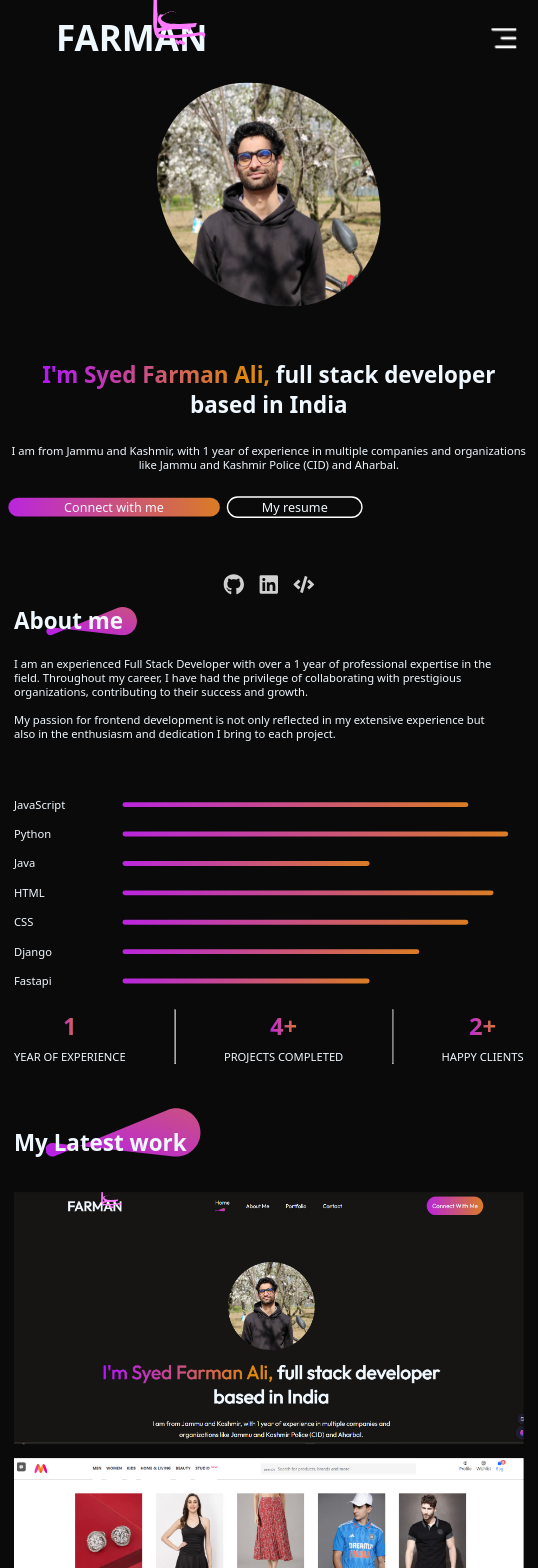
Repository: FARMAN9/portfolio_React
Page: /
An editor plug-in stored every save of this project. The page is shown before and after a run of saves, followed by the edit.
The browser window is 768 px wide. The pictures show the part of the page from y = 0 to 2240 px (the page is 6498 px tall), at 70% of full size.
The project was rebuilt for these pictures with package versions that can differ from the ones it lists, and the page was loaded fresh each time. Also part of the build but not shown: vite.config.js.

Above is the page before, as saved 2024-12-06 18:44:20.

### index.html
<!DOCTYPE html>
<html lang="en">
  <head>
    <meta charset="UTF-8" />
    <link rel="icon" href="\src\assets\farman.png" />
    <meta name="viewport" content="width=device-width, initial-scale=1.0" />
    <title>Portfoilo</title>
    <link rel="preconnect" href="https://fonts.googleapis.com" />
    <link rel="preconnect" href="https://fonts.gstatic.com" crossorigin />
    <link
      href="https://fonts.googleapis.com/css2?family=Outfit&display=swap"
      rel="stylesheet" />
  </head>
  <body>
    <div id="root"></div>

    <script type="module" src="/src/main.jsx"></script>
  </body>
</html>

### src/App.jsx

import NavBar from './Components/Navbar/NavBar'
import Hero from './Components/Hero/Hero'
import About from './Components/About/About'
import MyWork from './Components/MyWork/MyWork'
import Contact from './Components/Contact/Contact'
import Footer from './Components/Footer/Footer'
import React from 'react';

function App() {


  return (
  <>

  <NavBar/>
  <Hero/>
  <About/>
  <MyWork/>
  <Contact/>
  <Footer/>

  </>
  )
}

export default App

### src/index.css

*{
  margin: 0;
  padding: 0;

}
body{
  height: 100vh;

  background: #0a0a0a;
  color: aliceblue;
  font-family: system-ui, -apple-system, BlinkMacSystemFont, 'Segoe UI', Roboto, Oxygen, Ubuntu, Cantarell, 'Open Sans', 'Helvetica Neue', sans-serif;


}

### src/Components/Navbar/NavBar.jsx
import React, { useRef, useState,useEffect } from 'react';
import './Navbar.css';
import ali from '../../assets/ali.png'
import backgound from '../../assets/nav_underline.svg'
import AnchorLink from 'react-anchor-link-smooth-scroll'
import menu_open from '../../assets/menu_open.svg'
import menu_close from '../../assets/menu_close.svg'



function NavBar() {



  const [menu,setMenu]=useState('home')
  const menuRef =useRef();
  const openMenu=()=>{
    menuRef.current.style.right='0'
  }
  const closeMenu=()=>{
    menuRef.current.style.right='-350px'
  }
  return (
    <nav className='navbar'>
      <div className='logo'>
      <AnchorLink className='anchor-link' href='#home'>
      <h1>FARMAN</h1>
      <img src={ali} alt="" />
      </AnchorLink>
      </div>
      <img src={menu_open}  onClick={openMenu} alt="" className='nav-mob-open' />

            <ul ref={menuRef} className='nav-menu'>
            <img src={menu_close} alt="" className='nav-mob-close' onClick={closeMenu}/>
             <li> <AnchorLink className='anchor-link' href='#home'><p onClick={()=>setMenu('home')}>Home</p> </AnchorLink>{menu ==='home' ? <img src ={backgound} alt=''/>:<></> }</li>
             <li><AnchorLink className='anchor-link' offset={50} href='#about'><p onClick={()=>setMenu('about')}>About Me</p></AnchorLink>{menu ==='about' ? <img src ={backgound} alt=''/>:<></> }</li>
             <li><AnchorLink className='anchor-link' offset={50} href='#work'><p onClick={()=>setMenu('work')}>Portfolio</p></AnchorLink>{menu ==='work' ? <img src ={backgound} alt=''/>:<></> }</li>
             <li><AnchorLink className='anchor-link' offset={50} href='#contact'><p onClick={()=>setMenu('contact')}>Contact</p></AnchorLink>{menu ==='contact' ? <img src ={backgound} alt=''/>:<></> }</li>
            </ul>
            <div className="nav-connect"><AnchorLink className='anchor-link' offset={50} href='#contact'>Connect With Me</AnchorLink></div>

    </nav>
  )
}

export default NavBar

### src/Components/Hero/Hero.jsx
import "./Hero.css";
import profile from "../../assets/profile.jpg";
import AnchorLink from "react-anchor-link-smooth-scroll";
import { FaGithub, FaLinkedin, FaCode } from "react-icons/fa";
import React, { useRef, useEffect } from "react";
import gsap from "gsap";
import { ScrollTrigger } from "gsap/ScrollTrigger";

// Register ScrollTrigger plugin
gsap.registerPlugin(ScrollTrigger);

function Hero() {
  return (
    <div id="home" className="hero">
      <img
        // Reference for the image
        src={profile}
        alt="profile"
      />

      <h1>
        <span className="myname">I'm Syed Farman Ali,</span> full stack
        developer based in India
      </h1>
      <p>
        I am from Jammu and Kashmir, with 1 year of experience in multiple
        companies and organizations like Jammu and Kashmir Police (CID) and
        Aharbal.
      </p>
      <div className="hero-action">
        <div className="hero-connect">
          <AnchorLink className="anchor-link" offset={50} href="#contact">
            Connect with me
          </AnchorLink>
        </div>
        <a
          className="hero-resume"
          href="https://rxresu.me/farman9/python-django-developer">
          My resume
        </a>
      </div>
      <div className="hero-socials">
        <a
          href="https://github.com/farman9"
          target="_blank"
          rel="noopener noreferrer">
          <FaGithub size={30} />
        </a>
        <a
          href="https://www.linkedin.com/in/farman9"
          target="_blank"
          rel="noopener noreferrer">
          <FaLinkedin size={30} />
        </a>
        <a
          href="https://leetcode.com/u/saeedfarman9/"
          target="_blank"
          rel="noopener noreferrer">
          <FaCode size={30} />
        </a>
      </div>
    </div>
  );
}

export default Hero;

### src/Components/About/About.jsx
import React from 'react'
import'./About.css'
import bac from '../../assets/bac.svg'
import profile from '../../assets/profile.jpg'


function About() {
  const skills = [
    { name: 'JavaScript', value: 70 },
    { name: 'Python', value: 80 },
    { name: 'Java', value: 50 },
    { name: 'HTML', value: 75 },
    { name: 'CSS', value: 70 },
    { name: 'Django', value: 60 },
    { name: 'Fastapi', value: 50 },

  ];

  return (
    <div id='about' className='about'>

        <div className="about-title">
            <h1>About me</h1>
            <img src={bac} alt="" />
        </div>
        <div className="about-sections">
        <div className="about-left">
        <img src={profile} alt="" />
       </div>
       <div className="about-right">
       <div className="about-para">
        <p>I am an experienced Full Stack Developer with over a 1 year of professional expertise in the field. Throughout my career, I have had the privilege of collaborating with prestigious organizations, contributing to their success and growth.</p>
        <p>My passion for frontend development is not only reflected in my extensive experience but also in the enthusiasm and dedication I bring to each project.</p>
       </div>
       <div className="about-skills">
        {
            skills.map((skill)=><div className="about-skill" key={skill.name}><p>{skill.name}</p><hr style={{width:`${skill.value}%`}} /></div>)
        }

      </div>
        </div>
        </div>
        <div className="about-achievements">
<div className="about-achievement">
<h1>1</h1>
<p>YEAR OF EXPERIENCE</p>
</div>
<hr />
<div className="about-achievement">
<h1>4+</h1>
<p>PROJECTS COMPLETED</p>
</div>
<hr />
<div className="about-achievement">
<h1>2+</h1>
<p>HAPPY CLIENTS</p>
</div>
</div>
    </div>
  )
}

export default About

### src/Components/MyWork/MyWork.jsx
import React, { useImperativeHandle } from "react";
import "./MyWork.css";
import bac from "../../assets/bac.svg";
import soon from "../../assets/coming_soon.gif";
import port_react from "../../assets/projects/portfilo_react.png";
import myntra from "../../assets/projects/mytra.png";
import youtube from "../../assets/projects/yt.png";
import djano_port from "../../assets/projects/django_port.png";
import dpt from "../../assets/projects/dpt.png";
import nws from "../../assets/projects/news.png";
import citycabs from "../../assets/projects/citycabs.png";

function MyWork() {
  const mywork_data = [
    {
      w_no: 1,
      w_name: "portfolio_React",
      w_img: port_react,
      link: "https://github.com/FARMAN9/portfolio_React",
    },
    {
      w_no: 2,
      w_name: "mytra",
      w_img: myntra,
      link: "https://github.com/FARMAN9/myntra-clone-",
    },
    {
      w_no: 3,
      w_name: "youtube",
      w_img: youtube,
      link: "https://github.com/FARMAN9/youtube-clone",
    },
    {
      w_no: 4,
      w_name: "portfoilo_django",
      w_img: djano_port,
      link: "https://github.com/FARMAN9/portfoilo_django",
    },
    {
      w_no: 5,
      w_name: "DPS",
      w_img: dpt,
      link: "https://github.com/FARMAN9/Diabetes-prediction",
    },
    {
      w_no: 6,
      w_name: "oldNews_paper ",
      w_img: nws,
      link: "https://oldnews-paper.vercel.app/",
    },
    {
      w_no: 7,
      w_name: "citycabs",
      w_img: citycabs,
      link: "https://www.citycabs.live/",
    },
    {
      w_no: 8,
      w_name: "soon",
      w_img: soon,
      link: "/",
    },
  ];
  return (
    <div id="work" className="mywork">
      <div className="mywork-title">
        <h1>My Latest work</h1>
        <img src={bac} alt="" />
      </div>

      <div className="mywork-container">
        {mywork_data.map((data, index) => {
          return (
            <div key={index}>
              <p
                className="name"
                style={{ fontSize: "1rem", color: "#333", zIndex: 12 }}>
                {data.name}
              </p>
              <a href={data.link}>
                <img src={data.w_img} alt="" />
              </a>
            </div>
          );
        })}
      </div>
    </div>
  );
}

export default MyWork;

### src/Components/Contact/Contact.jsx
import React from 'react'
import './Contact.css'
import bac from '../../assets/bac.svg'
import call from '../../assets/call.svg'
import mail from '../../assets/mail.svg'
import loc from '../../assets/loc.svg'

const mykey = "fc7158de-ce59-41ff-9c1e-672e25c721db"

function Contact() {
  const [result, setResult] = React.useState("");
  const [alertVisible, setAlertVisible] = React.useState(false);

  const onSubmit = async (event) => {
    event.preventDefault();
    setResult("Sending....");
    const formData = new FormData(event.target);

    formData.append("access_key", mykey);

    const response = await fetch("https://api.web3forms.com/submit", {
      method: "POST",
      body: formData
    });

    const data = await response.json();

    if (data.success) {
      setResult("Email Send Successfully \n Thanks😇");
      setAlertVisible(true);
      event.target.reset();
    } else {
      console.log("Error", data);
      setResult(data.message);
      setAlertVisible(true);
    }
  };

  const closeAlert = () => {
    setAlertVisible(false);
    setResult("");
  };

  return (
    <div id='contact' className='contact'>
      <div className='contact-title'>
        <h1>Get in touch</h1>
        <img src={bac} alt="" />
      </div>
      <div className='contact-section'>
        <div className='contact-left'>
          <h1>Let's talk</h1>
          <p>I'm currently available to take on new projects, so feel free to send me a message about anything that you want me to work on. You can contact anytime.</p>
          <div className="contact-details">
            <div className="contact-detail">
              <img src={mail} alt="" /> <p>saeedfarman9@gmail.com</p>
            </div>
            <div className="contact-detail">
              <img src={call} alt="" /><p>+916005943382</p>
            </div>
            <div className="contact-detail">
              <img src={loc} alt="" /><p>Jammu & Kashmir, India</p>
            </div>
          </div>
        </div>
        <div>
          <form onSubmit={onSubmit} className='contact-right'>
            <label htmlFor=""> Your Name</label>
            <input type="text" placeholder='Enter your name' name='name' />
            <label htmlFor=""> Your Email</label>
            <input type="email" placeholder='Enter your email' name='email' />
            <label htmlFor=""> Write your message here</label>
            <textarea placeholder='Enter your message' rows='8' name='message'></textarea>
            <button className='contact-submit' type='submit'>Submit now</button>
          </form>
        </div>
      </div>

      {alertVisible && (
        <div className="custom-alert">
          <div className="custom-alert-content">
            <p>{result}</p>
            <button onClick={closeAlert}>Close</button>
          </div>
        </div>
      )}
    </div>
  )
}

export default Contact

### src/Components/Footer/Footer.jsx
import React from "react";
import "./Footer.css";
import ali from "../../assets/ali.png";
import AnchorLink from 'react-anchor-link-smooth-scroll'

function Footer() {
  return (
    <div className="footer">
      <div className="footer-top">
        <div className="footer-top-left">
          <div className="logo">
          <AnchorLink className='anchor-link' offset={50} href='#home'>
            <h1>FARMAN</h1>
            <img src={ali} alt="" />
            </AnchorLink>
          </div>

        </div>
        <p>
        I wanted to take a moment to thank you for visiting my portfolio. Your time and interest in my work are truly appreciated.
        If you have any feedback, questions, or opportunities you'd like to discuss, please don't hesitate to reach out. I'm always eager to connect and explore new possibilities.
          </p>
        <div className="footer-top-right">

        </div>

        </div>
        <hr />

        <div className="footer-bottom">
          <p className="footer-bottm-left">
            {" "}
            © 2024 Syed Farman Ali. All rights reserved.{" "}
          </p>

          <div className="footer-bottom-right">
            <p>Term of Services</p>
            <p>Privacy Policy</p>
            <AnchorLink className='anchor-link' offset={50} href='#contact'> <p>Connect with me</p></AnchorLink>
          </div>
        </div>

    </div>
  );
}

export default Footer;

### src/Components/Navbar/Navbar.css
.navbar{
display: flex ;
align-items: center;
justify-content: space-between;
margin: 20px 170px;
}
.nav-menu{
    display: flex;
    align-items: center;
    list-style: none;
    gap:60px;
    font-size: 20px;

}
.nav-connect
{
    padding: 20px;
    border-radius: 50px;
    background: linear-gradient(267deg,#DA7C25 0.36%,#B923E1 102.0% );
    font-size:22px ;
    cursor: pointer;
    transition: 0.5s;

}
.nav-connect:hover
{
   transform: scale(1.05);

}



.logo{
    position: relative;
    }
.logo h1{
    padding: 0px 30px;
    font-size: 50px;
    font-weight: 600%;
    z-index: -1;

    }


.logo img{
    position: absolute;
    bottom:0;
    right: 0;

    width: 150px;
    height: 150px;

}

.anchor-link{
   text-decoration: none;
   color: aliceblue;
}
.nav-mob-close
{
    display: none;
}
.nav-mob-open{
    display: none;
}


@media(max-width:768px) {
    .navbar{
        margin: 20px 50px;
    }
    .nav-connect{
        display: none;
    }
    .nav-mob-open{
        display: block;
        position: fixed;
        right: 30px;
    }
    .nav-mob-close{
        display: block;
        position: relative;
        top: 30px;
        left: 110px;
        width: 30px;


    }
    .nav-menu{
        position: fixed;
        flex-direction: column;
        align-items: center;
        top:0;
        gap:30px;
        background-color: #1f0016;
        width: 350px;
        height: 100%;
        z-index: 2;
        transition: right 0.5s;
        right: -350px;
    }
    .nav-menu li{
        font-size: 30px;

        padding-left: 0;
        flex-direction: row;
        gap:20px;

    }

}

### src/Components/Hero/Hero.css
.hero {
  display: flex;
  flex-direction: column;
  align-items: center;
  gap: 35px;
}
.hero img {
  margin-top: 50px;
  border-radius: 50% 60%;
  width: 20rem;
  height: 20rem;
  position: relative;

  overflow: hidden; /* Hide overflow */

  z-index: 1; /* Make sure the image appears above the border */
  animation: borderchange 10s infinite; /* Animation duration and repetition */
}

/* Animated border wrapper */

/* Animated border effect */

/* Keyframes for border animation */
/* Animated border effect */

/* Keyframes for border animation */
@keyframes borderchange {
  0% {
    border-radius: 20% 40%; /* Initial radius */ /* Initial width */
    border-color: rgba(255, 255, 255, 0.5); /* Initial color */
    /* No scaling */
  }
  25% {
    border-radius: 30% 50%; /* Slightly increase radius */
    border-color: rgba(255, 200, 0, 0.7); /* Change color */
    /* Slightly scale up */
  }
  50% {
    border-radius: 50%; /* Fully rounded */
    border-color: rgba(0, 200, 255, 0.7); /* Another color change */
    border-width: 25px; /* Slightly increase width */ /* Scale up further */
  }
  75% {
    border-radius: 40% 60%; /* Return to less rounded */
    border-color: rgba(255, 0, 150, 0.7); /* Change color again */
    /* Scale back down */
  }
  100% {
    border-radius: 20% 40%; /* Back to initial radius */
    border-width: 20px; /* Back to initial width */
    border-color: rgba(255, 255, 255, 0.5); /* Return to initial color */
    /* Reset scaling */
  }
}

.hero h1 {
  text-align: center;

  font-weight: 600;
  width: 70%;
  font-size: 70px;
}
.hero h1 span {
  background: linear-gradient(270deg, #df8908 10%, #b415ff 100%);
  background-clip: text;
  -webkit-background-clip: text;
  -webkit-text-fill-color: transparent;
}
.hero-socials img {
  width: 30px;
  height: 30px;
  cursor: pointer;
}
.hero p {
  width: 50%;
  text-align: center;
  font-size: 24px;
  line-height: 40px;
}
.hero-action {
  display: flex;
  align-items: center;
  gap: 25px;
  font-size: 24px;
  font-weight: 500;
  margin-bottom: 50px;
}
.hero-connect {
  padding: 25px 45px;
  border-radius: 50px;
  background: linear-gradient(267deg, #da7c25 0.36%, #b923e1 102%);
  cursor: pointer;
}
.hero-resume {
  padding: 25px 75px;
  border-radius: 50px;
  border: 2px solid #fff;
  cursor: pointer;
  color: aliceblue;
  text-decoration: none;
}

.hero-connect:hover {
  border: 2px solid white;
}
.hero-resume:hover {
  border-color: #b415ff;
}
.hero-socials {
  margin-top: 20px;
}

.hero-socials a {
  margin: 0 10px;
  color: #d1d0d0;
  transition: color 0.3s;
}

.hero-socials a:hover {
  color: #b415ff; /* You can change this color to match the theme */
}
@media (max-width: 768px) {
  .hero img {
    margin-top: 10px;
  }
  .hero h1 {
    margin-top: 40px;
    width: 96%;
    font-size: 2rem;
  }
  .hero p {
    width: 97%;
    font-size: 1rem;
    line-height: 20px;
  }
  .hero-action {
    width: 97%;
    gap: 10px;
    font-size: 18px;
    font-weight: 500;
    margin-bottom: 40px;
  }
  .hero-connect {
    padding: 0.1rem 5rem;

    text-align: center;
    border-radius: 50px;
    cursor: pointer;
  }
  .hero-resume {
    padding: 0.1rem 3rem;
    text-align: center;
    border-radius: 30px;
    cursor: pointer;
  }
  .hero-socials {
    margin-top: 5px;
  }
}

### src/Components/About/About.css
.about {
  display: flex;
  flex-direction: column;
  align-items: center;
  justify-content: center;
  gap: 80px;
  margin: 80px 170px;
}

.about-title {
  position: relative;
}
.about-title h1 {
  padding: 0px 30px;
  font-size: 80px;
  font-weight: 600%;
}

.about-title img {
  position: absolute;
  bottom: 0;
  right: 0;
  z-index: -1;
}

.about-sections {
  display: flex;
  gap: 80px;
}

.about-left img {
  width: 25rem;
  height: 25rem;
}
.about-right {
  display: flex;
  flex-direction: column;
  gap: 80px;
}

.about-para {
  display: flex;
  flex-direction: column;
  gap: 20px;
  font-size: 24px;
  font-weight: 500;
}

.about-skills {
  display: flex;
  flex-direction: column;
  gap: 20px;
}

.about-skill {
  display: flex;
  gap: 50px;
  align-items: center;
  transition: 0.3s;
}
.about-skill p {
  min-width: 150px;
  font-size: 24px;
  font-weight: 500;
}
.about-skill hr {
  outline: none;
  border: none;
  width: 50%;
  height: 8px;
  border-radius: 50px;
  background: linear-gradient(267deg, #da7c25 0.36%, #b923e1 102%);
}

.about-achievements {
  display: flex;
  width: 100%;
  justify-content: space-around;
  margin-bottom: 80px;
}

.about-achievement {
  display: flex;
  flex-direction: column;
  align-items: center;
  gap: 10px;
  transition: 0.5s;
}

.about-achievement h1 {
  font-size: 60px;
  font-weight: 700;
  background: linear-gradient(267deg, #da7c25 0.36%, #b923e1 102%);
  background-clip: text;
  -webkit-background-clip: text;
  -webkit-text-fill-color: transparent;
}

.about-achievement p {
  font-size: 22px;
  font-weight: 500;
}
.about-skill:hover {
  transform: scale(1.05);
  transition: 0.3s;
}
.about-achievement:hover {
  transform: scale(1.12);
  transition: 0.5s;
}

@media (max-width: 768px) {
  .about {
    gap: 30px;
    margin: 10px 20px;
    align-items: start;
  }
  .about-title h1 {
    font-size: 2rem;
    padding: 0;
  }
  .about-title img {
    width: 130px;
    right: -20px;
  }

  .about-sections {
    flex-direction: column;
  }
  .about-left {
    display: none;
  }
  .about-para {
    width: 97%;
    font-size: 1rem;
    line-height: 20px;
  }
  .about-skill {
    width: 97%;
    gap: 5px;
    align-items: center;
  }
  .about-skill p {
    font-size: 1rem;
  }
  .about-skill hr {
    height: 7px;
  }
  .about-achievements {
    justify-content: space-between;
  }
  .about-achievement {
    gap: 10px;
  }
  .about-achievement h1 {
    font-size: 34px;
    font-weight: 700;
  }
  .about-achievement p {
    text-align: center;
    font-size: 16px;
  }
}

### src/Components/MyWork/MyWork.css
.mywork {
  display: flex;
  flex-direction: column;
  align-items: center;
  justify-content: center;
  gap: 80px;
  margin: 8px 10px;
}
.mywork-title {
  position: relative;
}
.mywork-title h1 {
  padding: 0px 30px;
  font-size: 80px;
  font-weight: 600%;
}
.mywork-title img {
  position: absolute;
  bottom: 0;
  right: 0;
  z-index: -1;
}

.mywork-container {
  display: grid;
  grid-template-columns: 1fr 1fr 1fr;
  gap: 50px;
}

.mywork-container img {
  box-sizing: border-box;
  width: 500px;
  height: 300px;
  transition: 0.3s;
  cursor: pointer;
}
.mywork-container img:hover {
  transform: scale(1.1);
  border: 4px solid #ff00ff;
  border-radius: 10px;
  transition: 0.3s;
}

@media (max-width: 768px) {
  .mywork {
    gap: 50px;
    margin: 10px 20px;
    align-items: start;
  }
  .mywork-title h1 {
    padding: 0;
    font-size: 2rem;
    font-weight: 600;
  }
  .mywork-title img {
    width: 90%;
    margin-right: -20px;
  }
  .mywork-container {
    grid-template-columns: 1fr;
    gap: 20px;
  }
  .mywork-container img {
    width: 100%;
    height: 100%;
  }
}

### src/Components/Footer/Footer.css
.logo {
  position: relative;
}
.logo h1 {
  padding: 0px 30px;
  font-size: 50px;
  font-weight: 600%;
  z-index: -1;
}
.logo img {
  position: absolute;
  bottom: 0;
  right: 0;
  width: 150px;
  height: 150px;
}

.footer {
  margin: 50px 170px;
  display: flex;
  flex-direction: column;
  gap: 30px;
}
.footer-top {
  display: flex;
  justify-content: space-between;
}
.footer-top-left {
  display: flex;
  align-items: center;
  margin-top: 1rem;
  margin-bottom: 0%;
}
.footer-top-left p {
  font-size: 15px;
  max-width: 500px;
}

.footer-bottom {
  display: flex;
  justify-content: space-between;
  font-size: 18px;
}
.footer-bottom-right {
  display: flex;
  gap: 50px;
  margin-bottom: 50px;
}
@media (max-width: 768px) {
  .footer {
    margin: 10px 20px;
  }
  .footer-top {
    flex-direction: column;
    gap: 50px;
  }
  .footer-bottom {
    display: flex;
    flex-direction: column-reverse;
    margin-bottom: 50px;
  }
}

Loaded but not shown: src/main.jsx (common file); src/Components/Contact/Contact.css (193 lines, source omitted)

After the next 2 saves:
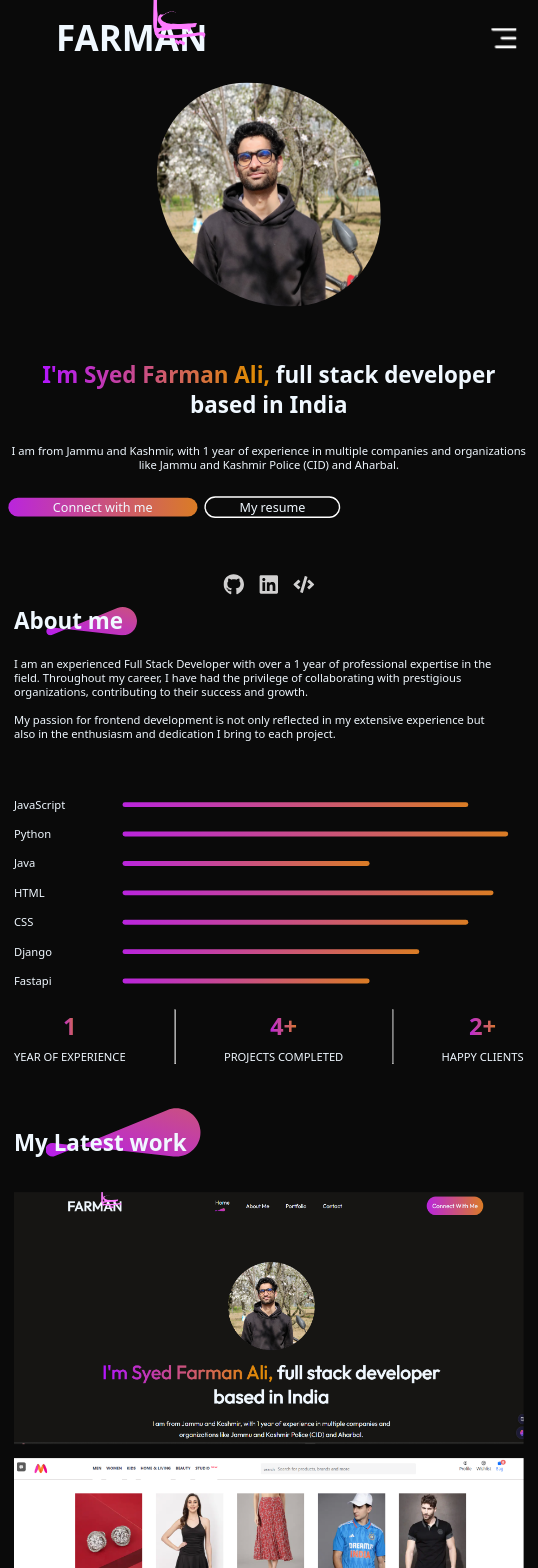
The 2 saves are shown as one change because they came seconds apart.
The last was saved 16 s later.
--- a/src/Components/Hero/Hero.css
+++ b/src/Components/Hero/Hero.css
@@ -142,7 +142,7 @@
     margin-bottom: 40px;
   }
   .hero-connect {
-    padding: 0.1rem 5rem;
+    padding: 0.1rem 4rem;
 
     text-align: center;
     border-radius: 50px;
